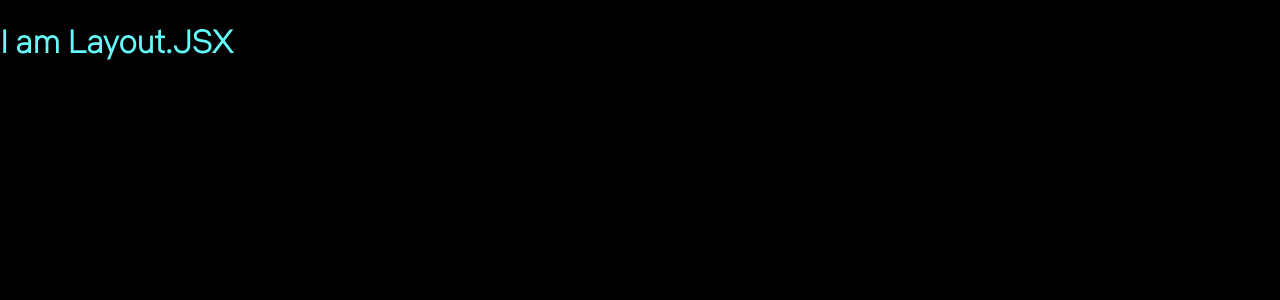
Repository: ronnysalas459/final_project_react
Page: /
An editor plug-in stored every save of this project. The page is shown before and after the next save, followed by the edit.
The browser window is 1280 px wide. The pictures show the whole page.
The project was rebuilt for these pictures with package versions that can differ from the ones it lists, and the page was loaded fresh each time. Also part of the build but not shown: src/containers/Movies.jsx, src/containers/Favorites.jsx.

Above is the page before, as saved 2021-09-27 19:46:54.

After the next save:
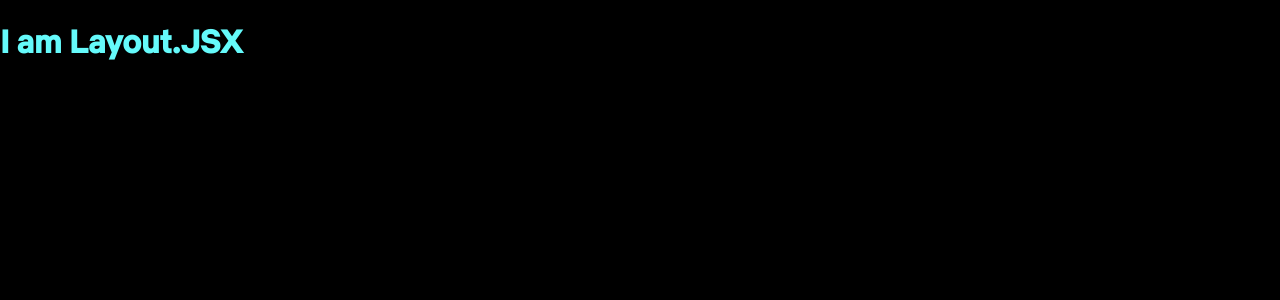
Saved 7 s later.
--- a/src/assets/styles/Vars.scss
+++ b/src/assets/styles/Vars.scss
@@ -1,7 +1,7 @@
 @import '../fonts/style.scss';
 
 //Fonts
-$title-font: 'Netflix Sans Thin', 'Netflix Sans Bold';
+$title-font: 'Netflix Sans Medium', 'Netflix Sans Bold';
 $text-font: 'Source Sans Pro', sans-serif;
 
 //Colors
